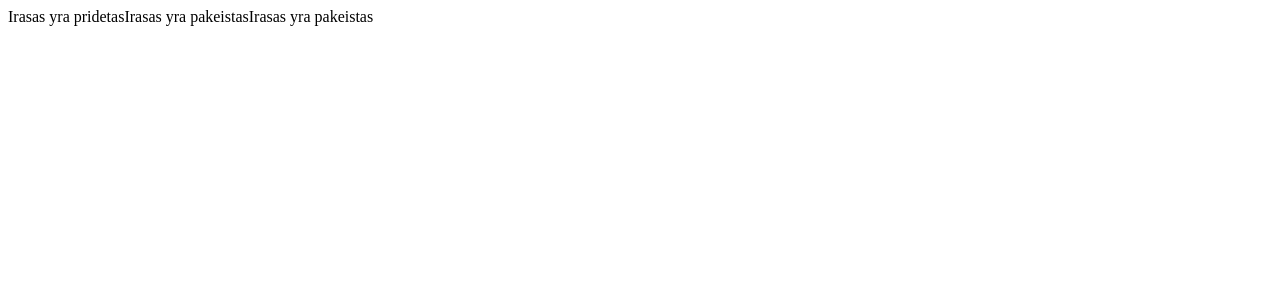
Repository: motiejus1/14-paskaita-PHP-05.31
Page: http://localhost/index1.php
An editor plug-in stored every save of this project. The page is shown before and after the next save, followed by the edit.
The browser window is 1280 px wide. The pictures show the whole page.
The page is run by PHP 8.4 with error messages shown; the project is at /var/www/html/. Queries for data that is not in the repository find no rows.

Above is the page before, as saved 2021-08-14 10:36:12.

### index1.php
<?php



require_once("connection.php");

//Read - SELECT
$sql = "SELECT * FROM `klientai` WHERE ID=12"; // tekstas

$result = mysqli_query($prisijungimas,$sql);

while($klientai = mysqli_fetch_array($result)) {
    echo $klientai["ID"];
    echo " ";
    echo $klientai["vardas"];
    echo " ";
    echo $klientai["pavarde"];
    echo " ";
    echo $klientai["teises_id"];
    echo "<br>";
}

// mysqli_close($prisijungimas);

//Create - INSERT

$sql = "INSERT INTO klientai (vardas, pavarde, teises_id) VALUES ('IdetasPErPHp','IdetasPErPHp',6)";

if(mysqli_query($prisijungimas, $sql)) {
    echo "Irasas yra pridetas";
} else {
    echo "Kazkas ivyko negerai";
}

//Update - Update
$sql = "UPDATE `klientai` SET `vardas`='UpdatePErPhp' WHERE ID=17";

if(mysqli_query($prisijungimas, $sql)) {
    echo "Irasas yra pakeistas";
} else {
    echo "Kazkas ivyko negerai";
}

//Delete

$sql = "UPDATE `klientai` SET `vardas`='UpdatePErPhp' WHERE ID=17";

if(mysqli_query($prisijungimas, $sql)) {
    echo "Irasas yra pakeistas";
} else {
    echo "Kazkas ivyko negerai";
}



mysqli_close($prisijungimas);



?>

### connection.php
<?php


//Prisijungimai prie duomenu bazes yra duodami
$duomenu_bazes_serveris = "localhost";
$duomenu_bazes_slapyvardis = "root";
$duomenu_bazes_slaptazodis = "";
$duomenu_bazes_pavadinimas = "klientuvaldymosistema";


$prisijungimas = mysqli_connect($duomenu_bazes_serveris,$duomenu_bazes_slapyvardis,$duomenu_bazes_slaptazodis,$duomenu_bazes_pavadinimas);

//false - kai prisijungimas yra nesekmingas, ir negrazino nieko-kai prisijungimas yra sekmingas

if($prisijungimas == false) {
    die("Nepavyko prisijungti prie duomenu bazes". mysqli_connect_error());
} else {
    // echo "Prisijungta sekmingai";
}

?>

After the next save:
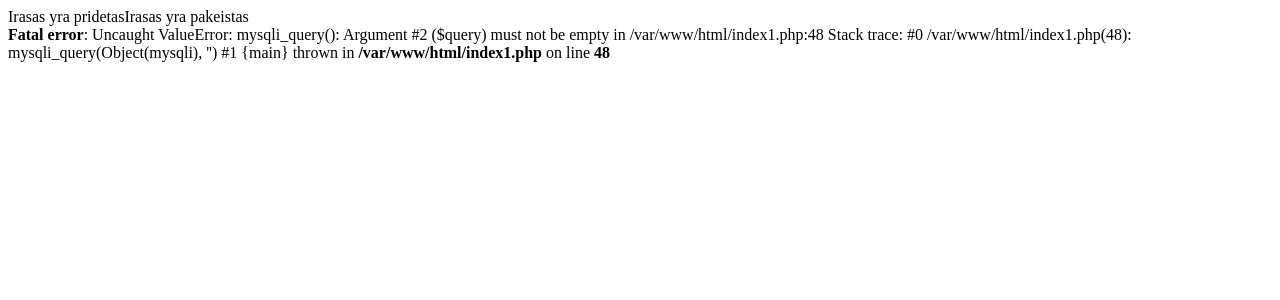
Saved 6 s later.
--- a/index1.php
+++ b/index1.php
@@ -43,7 +43,7 @@ if(mysqli_query($prisijungimas, $sql)) {
 
 //Delete
 
-$sql = "UPDATE `klientai` SET `vardas`='UpdatePErPhp' WHERE ID=17";
+$sql = "";
 
 if(mysqli_query($prisijungimas, $sql)) {
     echo "Irasas yra pakeistas";
